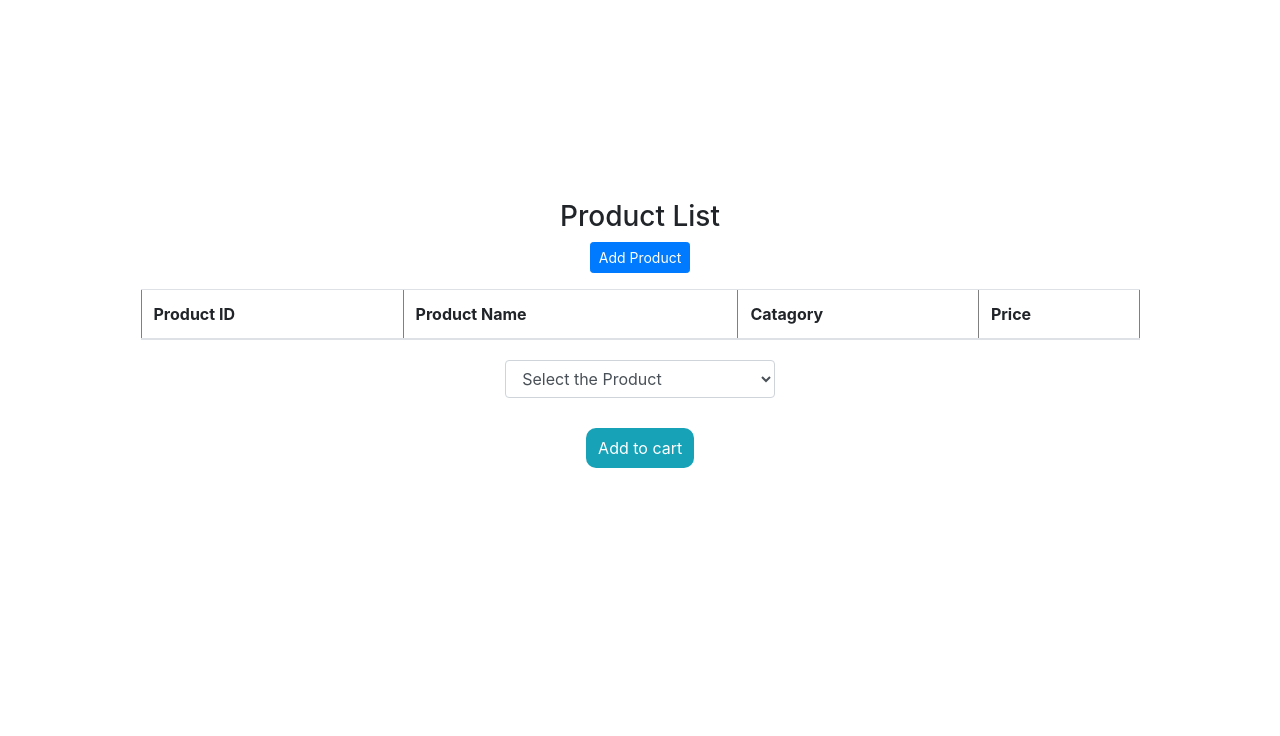
Repository: ponmalar24/Microservice_Bootcamp_SpringbootProject
Page: http://localhost/product
An editor plug-in stored every save of this project. The page is shown before and after the next save, followed by the edit.
The browser window is 1280 px wide. The pictures show the whole page.
The page is this project's Thymeleaf template; nobody is signed in. The template is opened directly, without the code that normally fills it, so the values that code supplies are empty.

Above is the page before, as saved 2022-04-24 15:32:07.
Console error: TypeError: Cannot read properties of null (reading 'addEventListener')

### product/src/main/resources/templates/product.html
<!DOCTYPE html>
<html lang="en" xmlns:th="http://www.thymeleaf.org">

<head>
    <meta charset="ISO-8859-1">
    <title>Grocery Shop</title>
    <link rel="stylesheet" href="https://stackpath.bootstrapcdn.com/bootstrap/4.1.3/css/bootstrap.min.css"
        integrity="sha384-MCw98/SFnGE8fJT3GXwEOngsV7Zt27NXFoaoApmYm81iuXoPkFOJwJ8ERdknLPMO" crossorigin="anonymous">
        <link rel"stylesheet" href="./style.css" >
<style>
.container{
height:100vh;
width:100vw;
display:flex;
flex-direction:column;
justify-content:center;
align-items:center;

}

.dropdown {
	width:60%;
	padding:10px;
	border-radius:10px;
}

#qty{
	height:40px;
	border-radius:10px;
	width:50%;
	border-style:none;
}
.button {
	border-radius:10px;
	width:40%;
	margin-top:30px;
	height:40px;
	border-style:none;
}

.button:hover{
	height:45px;
	width:50%;

}

</style>
</head>

<body>
    <div class="container my-2" align="center">

        <h3>Product List</h3>
        <a th:href="@{product/addproduct}" class="btn btn-primary btn-sm mb-3">Add Product</a>
        <table style="width:90%" border="1" class="table table-striped table-responsive-md">
            <thead>
                <tr>
                    <th>Product ID</th>
                    <th>Product Name</th>
                    <th>Catagory</th>
                    <th>Price</th>
                </tr>
            </thead>
            <tbody>
                <tr th:each="product : ${product}">
                    <td th:text="${product.id}">ID</td>
                    <td th:text="${product.productname}">productname</td>
                    <td th:text="${product.catagory}">catagory</td>
                    <td th:text="${product.price}">>price</td>
                    <td> <a th:href="@{/product/showFormForUpdate/{id}(id=${product.id})}" class="btn btn-primary">Update</a>
                        <a th:href="@{/product/deleteProduct/{id}(id=${product.id})}" class="btn btn-danger">Delete</a>
                    </td>
                </tr>
            </tbody>
        </table>
 <div class="col-lg-3 dropdown p-1" modelAttribute="${cart}">
<form th:action="@{/product/savecart}" id="productname"
			method="POST">
	<select class="form-control" id="id" name="id" >
        <option value="product">Select the Product</option>
        <option th:each="product : ${product}"
                th:value="${product.id}"
                th:text="${product.productname}"></option>
    </select>
<button type="submit" class="btn btn-info button">Add
				to cart</button> </form>
</body>
<script >
let formEl = document.getElementById("form")
let selected = document.getElementById("status")
formEl.addEventListener("submit",()=>{
	console.log(selected.value)
})



</script>

</html>

After the next save:
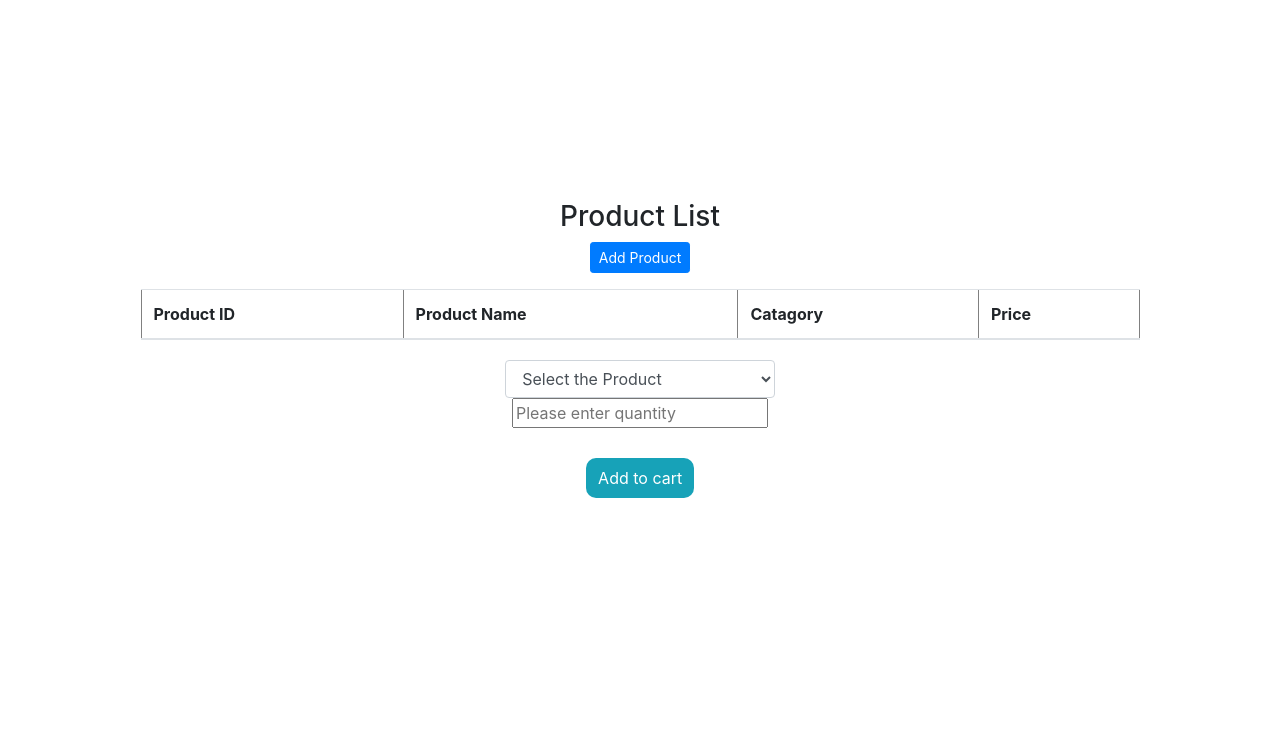
Saved 117 s later.
--- a/product/src/main/resources/templates/product.html
+++ b/product/src/main/resources/templates/product.html
@@ -82,6 +82,7 @@ align-items:center;
                 th:value="${product.id}"
                 th:text="${product.productname}"></option>
     </select>
+    <input type="text"  placeholder="Please enter quantity" />
 <button type="submit" class="btn btn-info button">Add
 				to cart</button> </form>
 </body>
